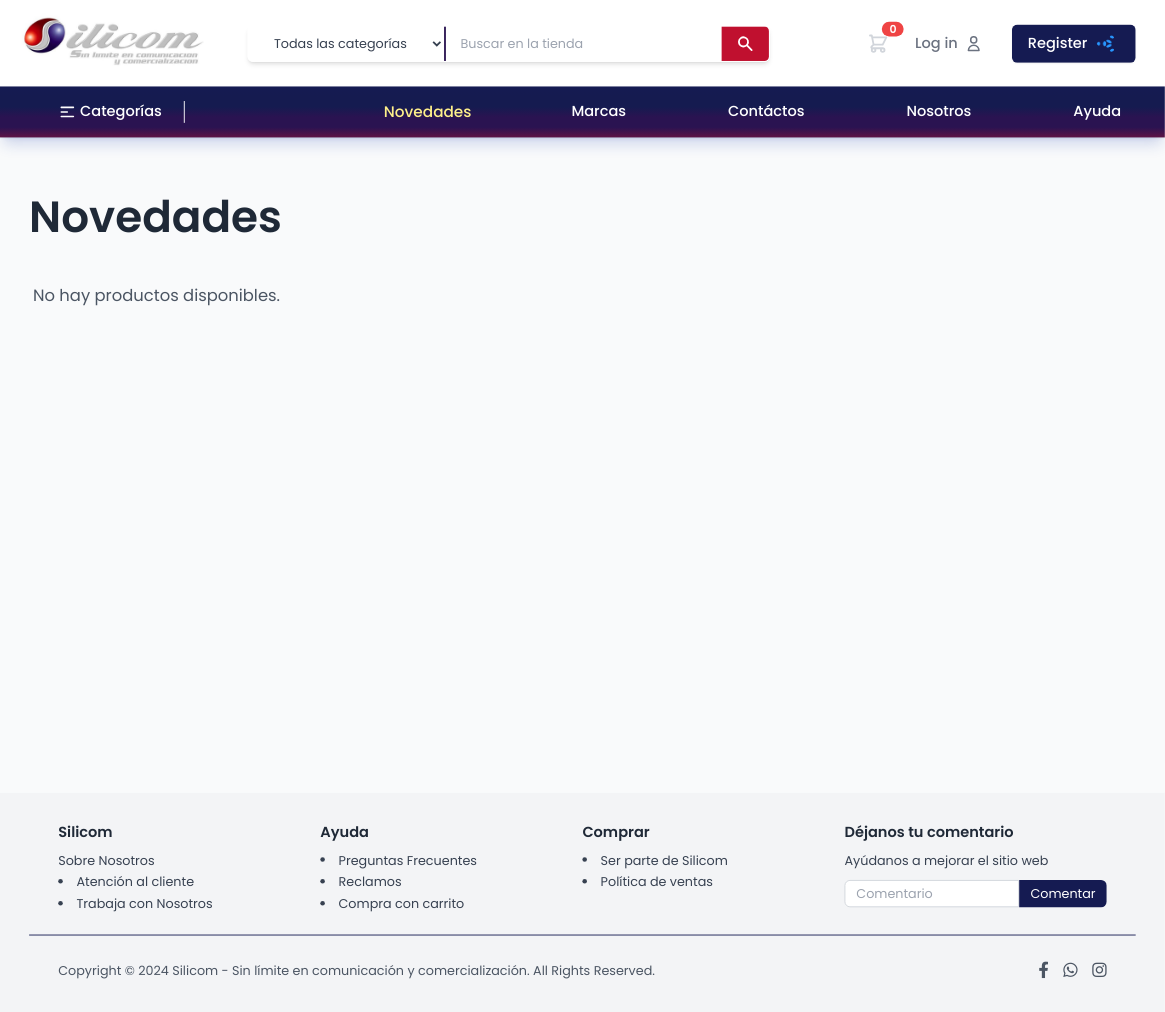
Repository: Francovg18/ecommerce
Page: /news
An editor plug-in stored every save of this project. The page is shown before and after the next save, followed by the edit.
The browser window is 1280 px wide. The pictures show the whole page, at 91% of full size.
The page's requests for data from a server got no answer. The project was rebuilt for these pictures with package versions that can differ from the ones it lists, and the page was loaded fresh each time. No one was signed in, and anything a server would have sent is missing. Also part of the build but not shown: src/components/home/Banner.js, src/components/home/ProductsArrival.js, src/components/home/ProductsSold.js, src/redux/actions/brands.js, src/components/home/Brand.js, src/components/home/Product.js, src/containers/Home.jsx, src/containers/errors/Error404.jsx and 35 more. Imported but missing from the stored project, and not drawn on this page: src/containers/pages/ContactUs.

Above is the page before, as saved 2025-01-28 19:11:30.

After the next save:
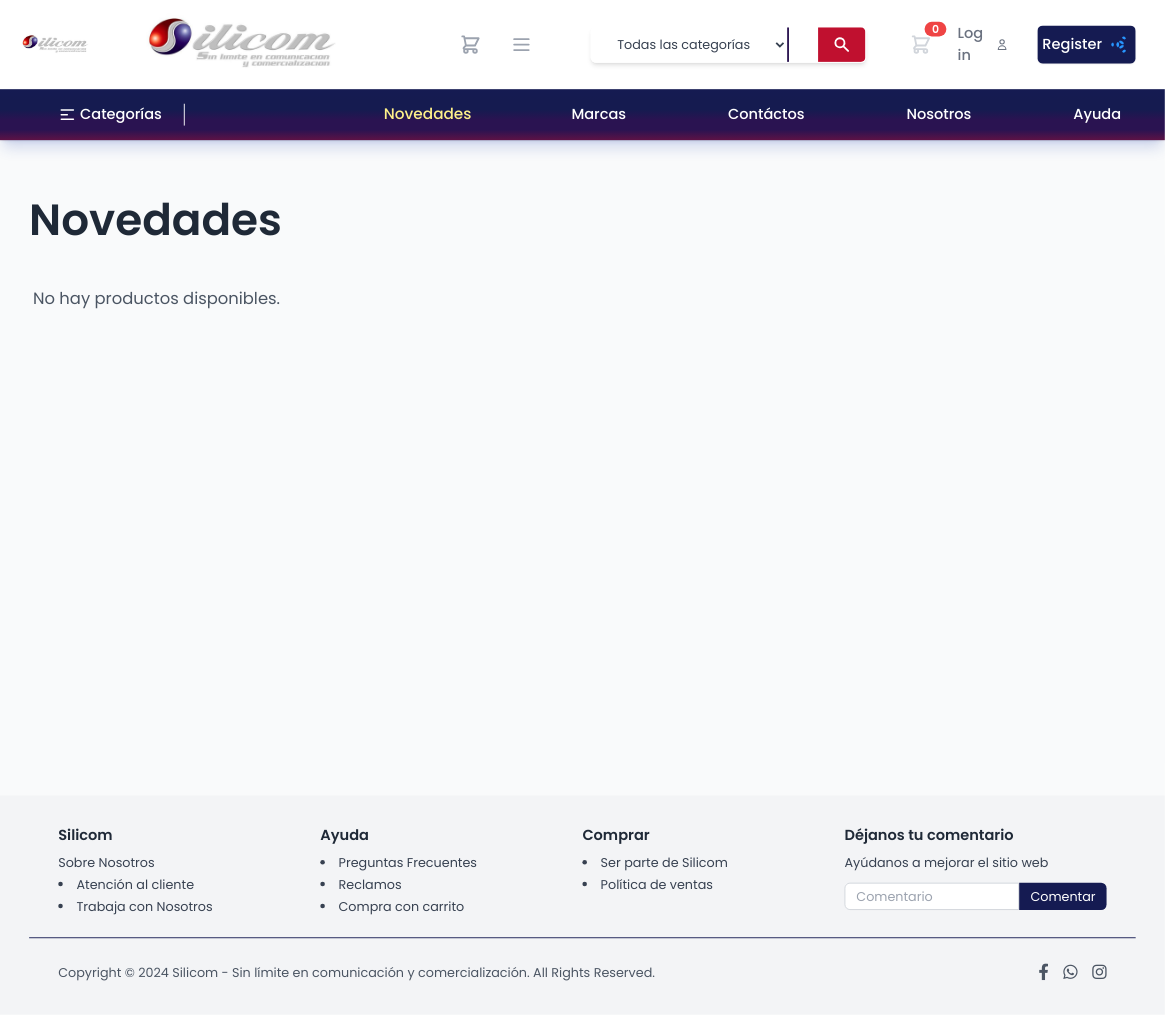
Saved 59 s later.
--- a/src/components/navigation/Navbar.js
+++ b/src/components/navigation/Navbar.js
@@ -239,40 +239,29 @@ function Navbar({
           </Link>
 
           </div>
-          <div className="flex flex-col items-center space-y-4 md:hidden">
-  <div className="flex items-center justify-between w-full px-4">
-    {/* Logo alineado a la izquierda */}
-    <Link to="/" className="flex">
-      <img
-        className="h-auto w-40 sm:w-52"
-        src={logo}
-        alt="Logo"
-      />
+          <div className="flex items-center justify-between w-full px-4">
+  {/* Logo alineado a la izquierda */}
+  <Link to="/" className="flex">
+    <img
+      className="h-auto w-40 sm:w-52"
+      src={logo}
+      alt="Logo"
+    />
+  </Link>
+
+  {/* Iconos alineados a la derecha */}
+  <div className="flex items-center space-x-4">
+    <Link
+      to="/cart"
+      className="bg-white rounded-md p-2 inline-flex items-center justify-center text-gray-400 hover:text-gray-500 hover:bg-gray-100 focus:outline-none focus:ring-2 focus:ring-inset"
+    >
+      <span className="sr-only">Carrito</span>
+      <ShoppingCartIcon className="h-6 w-6" aria-hidden="true" />
     </Link>
-    {/* Iconos alineados a la derecha */}
-    <div className="flex items-center space-x-4">
-      <Link
-        to="/cart"
-        className="bg-white rounded-md p-2 inline-flex items-center justify-center text-gray-400 hover:text-gray-500 hover:bg-gray-100 focus:outline-none focus:ring-2 focus:ring-inset"
-      >
-        <span className="sr-only">Carrito</span>
-        <ShoppingCartIcon className="h-6 w-6" aria-hidden="true" />
-      </Link>
-      <Popover.Button className="bg-white rounded-md p-2 inline-flex items-center justify-center text-gray-400 hover:text-gray-500 hover:bg-gray-100 focus:outline-none focus:ring-2 focus:ring-inset focus:ring-indigo-500">
-        <span className="sr-only">Menú</span>
-        <MenuIcon className="h-6 w-6" aria-hidden="true" />
-      </Popover.Button>
-    </div>
-  </div>
-
-  {/* Buscador */}
-  <div className="w-full px-4">
-    <SearchBox
-      search={search}
-      onChange={onChange}
-      onSubmit={onSubmit}
-      categories={categories}
-    />
+    <Popover.Button className="bg-white rounded-md p-2 inline-flex items-center justify-center text-gray-400 hover:text-gray-500 hover:bg-gray-100 focus:outline-none focus:ring-2 focus:ring-inset focus:ring-indigo-500">
+      <span className="sr-only">Menú</span>
+      <MenuIcon className="h-6 w-6" aria-hidden="true" />
+    </Popover.Button>
   </div>
 </div>
 
